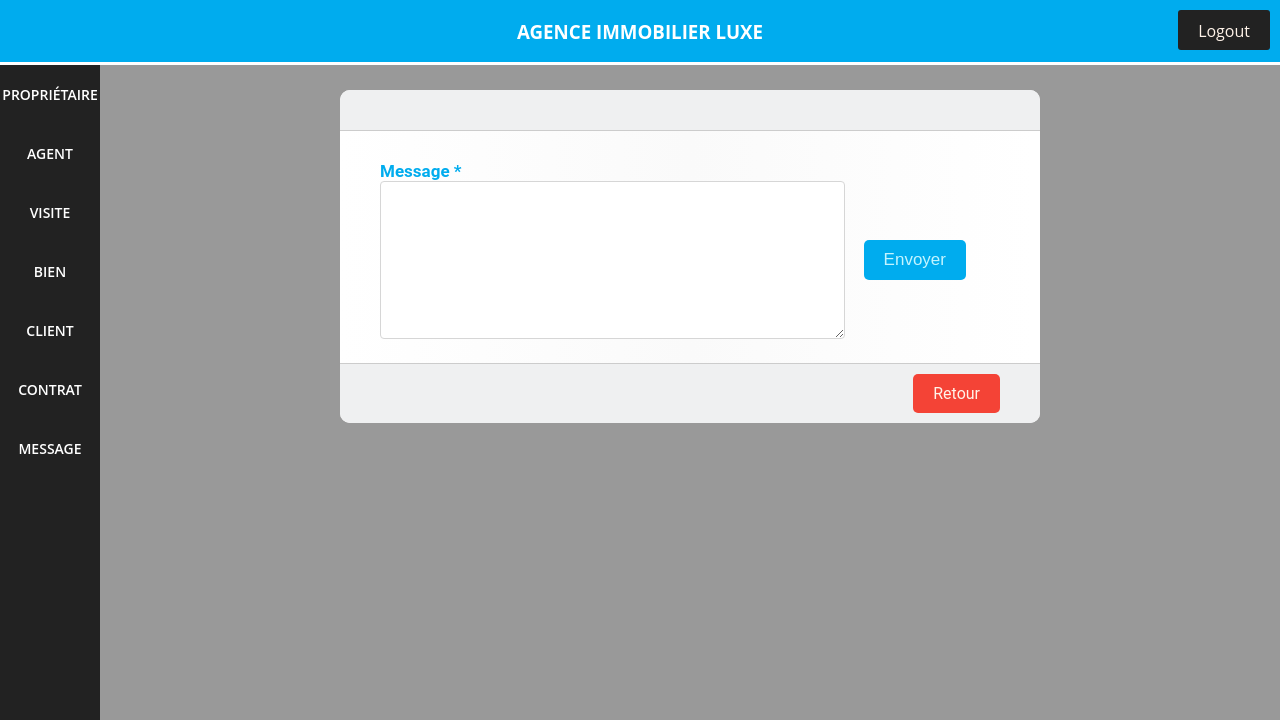
Repository: hassen-mnejja/Real_Estate_Agency_Website
Page: http://localhost/backoffice/WEB-INF/conversation.jsp
The author's editor kept a copy of each file at every save. The page is drawn from the files as they stood at one save, then again after the next save.
The browser window is 1280 px wide. The pictures show the whole page.
Some icons come from a web library that is not loaded, so they are not drawn. The page is served by Tomcat 9. Nobody is signed in. The template is opened directly, without the code that normally fills it, so the values that code supplies are empty.

Above is the page before, as saved 2020-06-24 14:42:45.

After the next save:
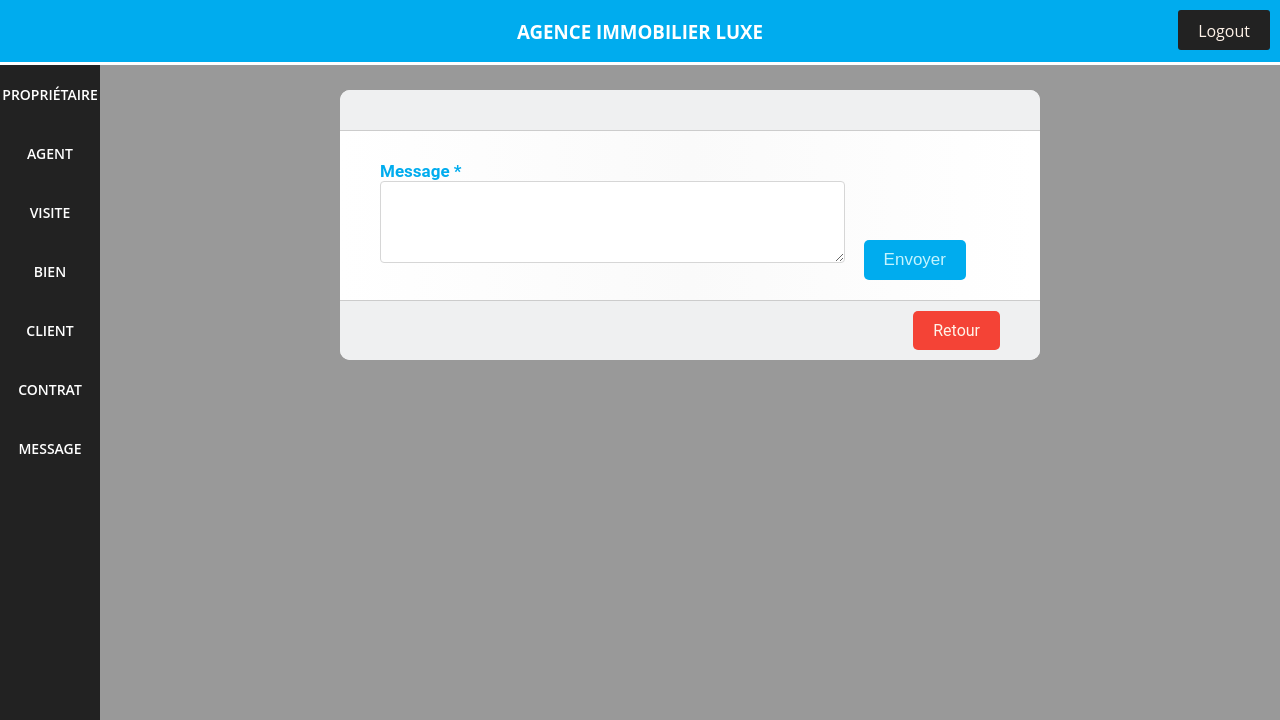
Saved 19 s later.
--- a/backoffice/WebContent/WEB-INF/conversation.jsp
+++ b/backoffice/WebContent/WEB-INF/conversation.jsp
@@ -86,13 +86,13 @@ body {
 				<div class="horizontal-group">
 					<div class="form-group left" style="width:75%">
 						<label for="adress" class="label-title">Message *</label>
-						<textarea class="form-input" name="message" rows="8" cols="50" style="height: auto" required="required"></textarea>
+						<textarea class="form-input" name="message" rows="4" cols="50" style="height: auto" required="required"></textarea>
 					</div>
 					<input type="hidden" name="idclient" value="${client.idClient }">
 					<input type="hidden" id="temps" class="form-input" name="temps" />
 					<div class="form-group right" style="width:22%">
 						<svg style="width:400px; height:75px">
- 							 <rect width="300" height="140" style="fill:rgba(0,0,0,0);" />
+ 							 <rect width="300" height="70" style="fill:rgba(0,0,0,0);" />
 						</svg>
 						<button type="submit" class="btn">Envoyer</button>
 					</div>
